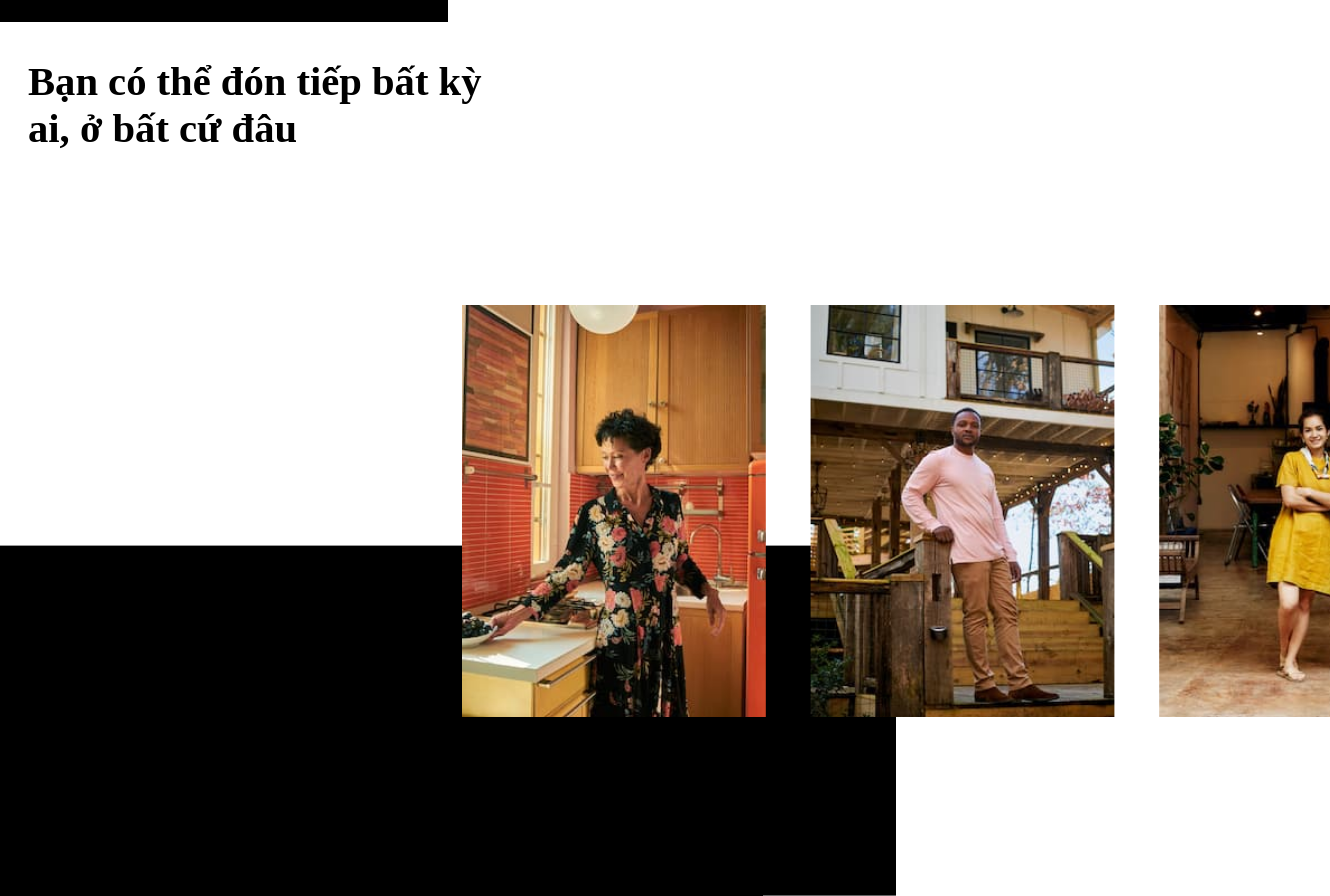
Repository: HoanTiny/AirbnbClone
Page: page3.html
The author's editor kept a copy of each file at every save. The page is drawn from the files as they stood at one save, then again after the next save.
The browser window is 1280 px wide. The page is 1900 px wide, so the pictures cover 1900 px, including what lies to the right of the window. The pictures show the part of the page from y = 688 to 1968 px (the page is 1968 px tall), at 70% of full size.
Pictures or frames that could not be fetched are drawn as grey boxes. An inner scrolling area shows only its first screen.

Above is the page before, as saved 2021-09-13 11:17:16.

After the next save:
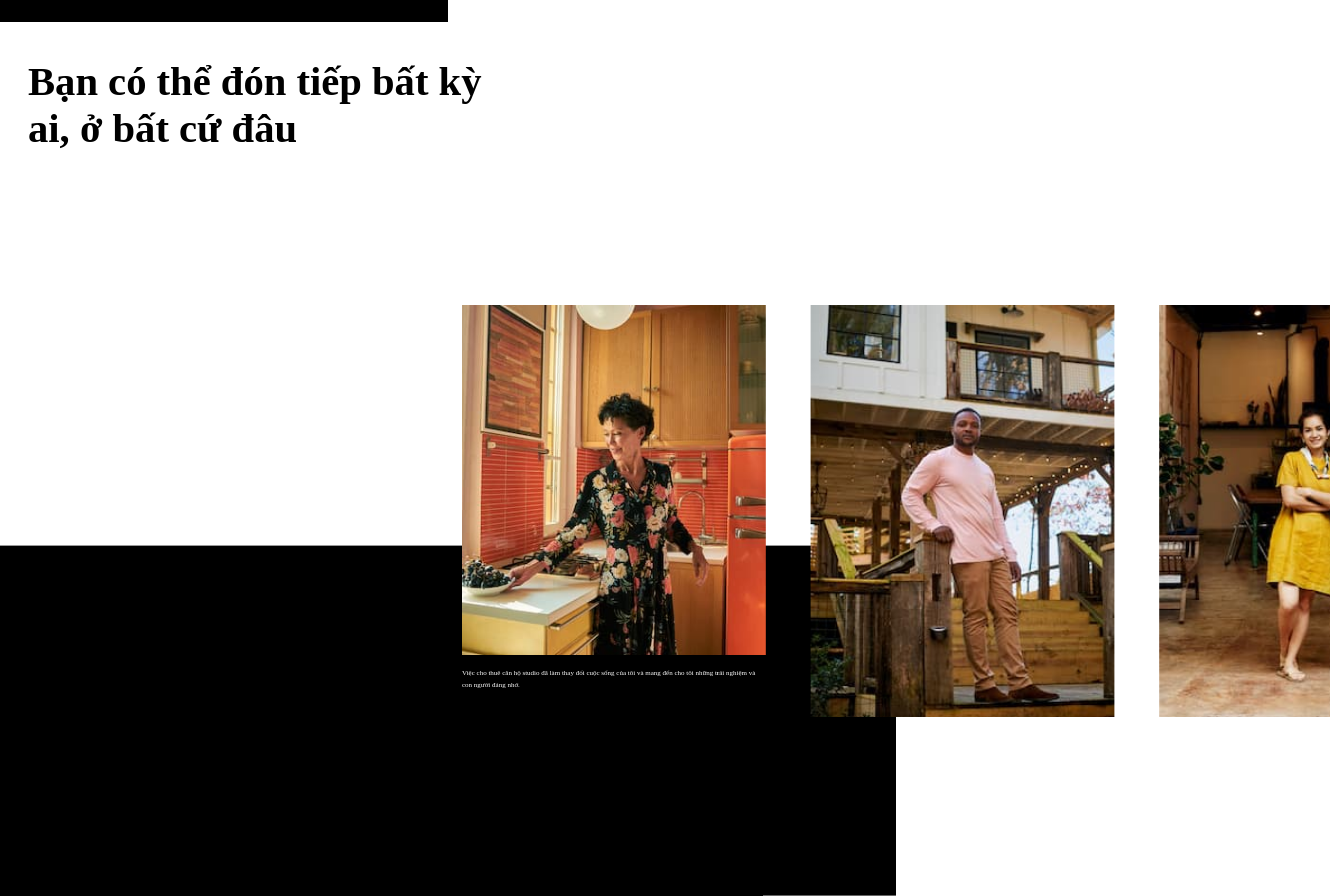
Saved 5 min 2 s later.
--- a/page3.html
+++ b/page3.html
@@ -64,7 +64,9 @@
                     <div class="grid wide">
                         <div class="content__home">
                             <div class="home__img">
+                                <div class="home__img-home__product">
                                 <img src="./acess/img/home-p3.jpg" class="img content__home-img"></img>
+                                </div>
                                 <p class="home__img-text">Việc cho thuê căn hộ studio đã làm thay đổi cuộc sống của tôi và mang đến cho tôi những trải nghiệm và con người đáng nhớ.</p>
                                 <p class="home__img-text-e">Hoàn</p>
                             </div>
